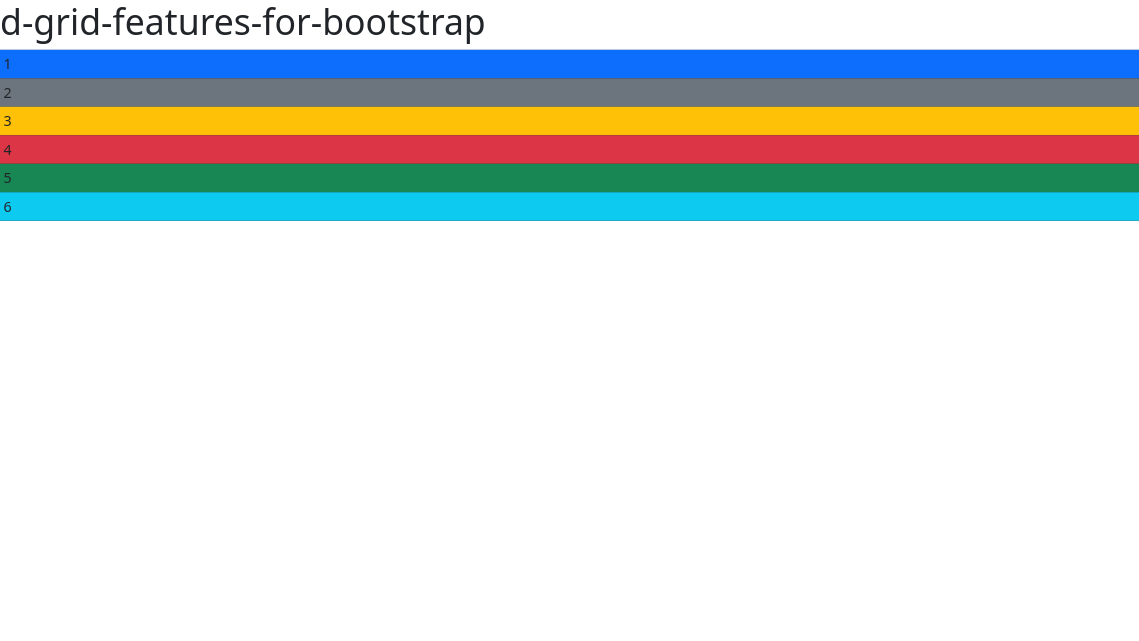
Repository: LynxPardelle/d-grid-features-for-bootstrap
Page: index.html
The author's editor kept a copy of each file at every save. The page is drawn from the files as they stood at one save, then again after the next save.
The browser window is 1280 px wide. The pictures show the whole page, at 89% of full size.

Above is the page before, as saved 2021-10-20 06:13:15.
Console error: ReferenceError: gridElement is not defined

After the next save:
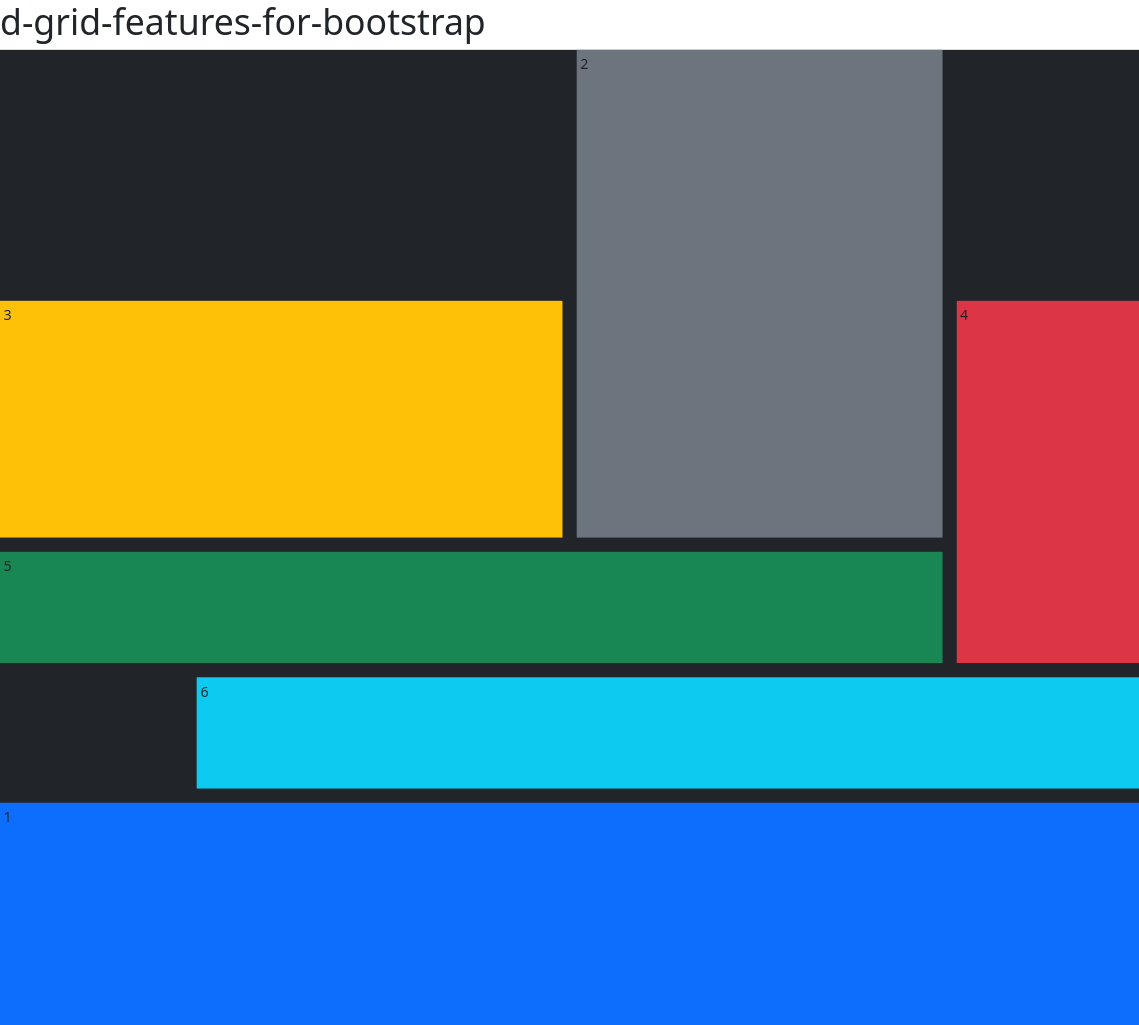
The error is gone.
Saved 15 s later.
--- a/d-grid.js
+++ b/d-grid.js
@@ -159,5 +159,5 @@ function gridCreate(){
   }
 }
 
-window.onload = gridElement();
-window.onresize = gridElement();
+window.onload = gridCreate();
+window.onresize = gridCreate();
